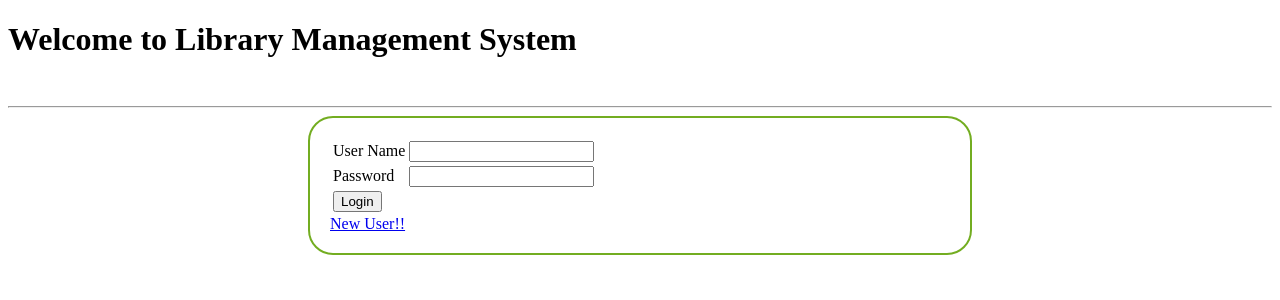
Repository: paragpatidar/LibraryManagementSystem
Page: http://localhost/LibraryManagementSystemSpring/
An editor plug-in stored every save of this project. The page is shown before and after the next save, followed by the edit.
The browser window is 1280 px wide. The pictures show the whole page.
The page is served by Tomcat 9. Nobody is signed in. The application's start-up code is not run.

Above is the page before, as saved 2017-11-08 04:20:56.

After the next save:
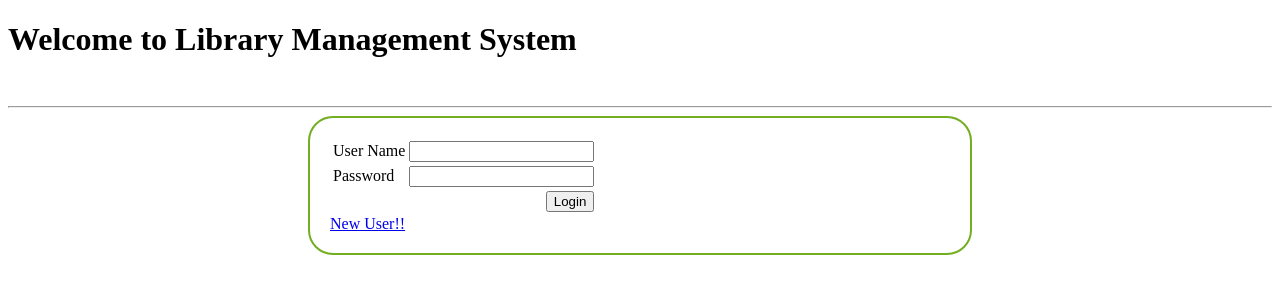
Saved 9 s later.
--- a/LibraryManagementSystemSpring/WebContent/index.jsp
+++ b/LibraryManagementSystemSpring/WebContent/index.jsp
@@ -32,7 +32,7 @@
 				<td><input type="password" name="password"></td>
 			</tr>
 			<tr>
-				<td colspan="2"><input type="submit" name="submit" value="Login"></td>
+				<td colspan="2" align="right"><input type="submit" name="submit" value="Login"></td>
 			</tr>
 
 		</table>
